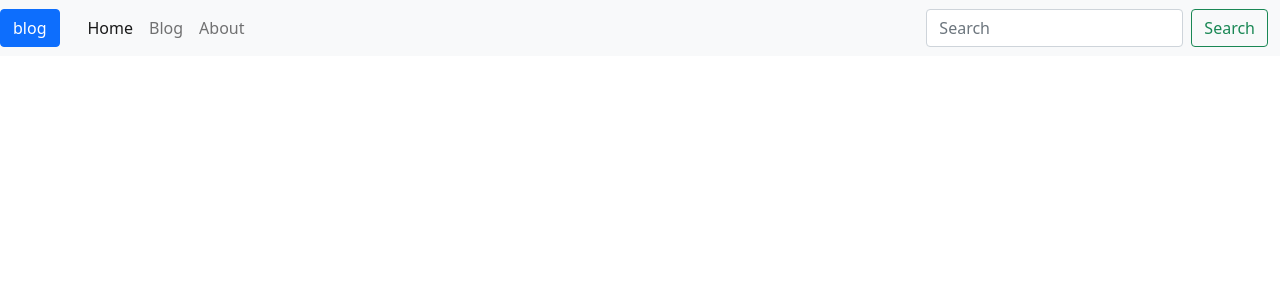
Repository: syni18/bootstrap_blog
Page: index.html
These files come from the project's save history. The page is drawn as it stood at one moment and after a run of saves; the edit follows.
The browser window is 1280 px wide. The pictures show the whole page.

Above is the page before, as saved 2023-10-25 20:46:16.

After the next 2 saves:
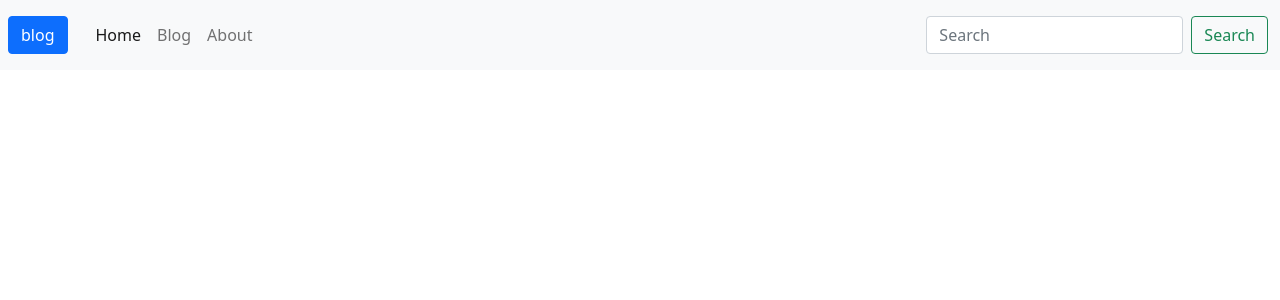
The 2 saves are shown as one change because they came seconds apart.
The last was saved 14 s later.
--- a/index.html
+++ b/index.html
@@ -19,7 +19,7 @@
   <body>
     <nav class="navbar navbar-expand-lg navbar-light bg-light">
       <button
-        class="btn btn-primary me-2"
+        class="btn btn-primary m-2"
         type="button"
         data-bs-toggle="offcanvas"
         data-bs-target="#offcanvasScrolling"
